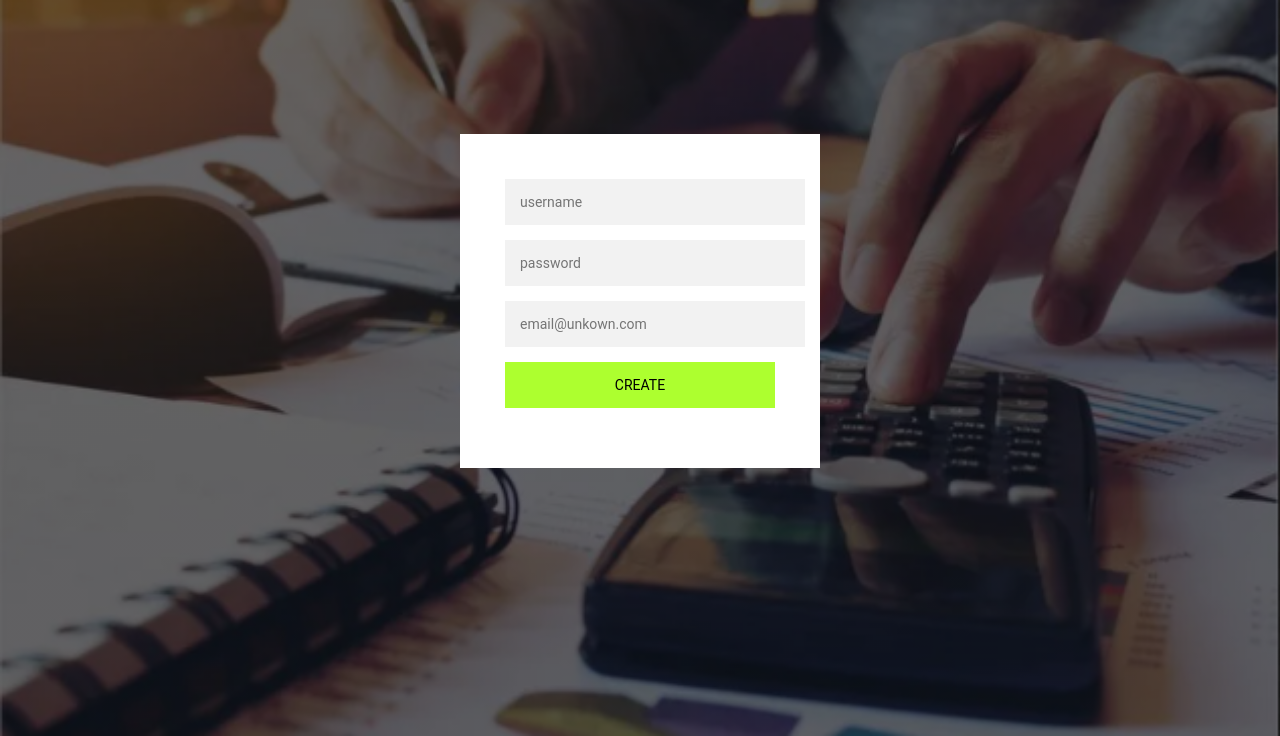
Repository: rambo1022/Project-1
Page: index.html
The author's editor kept a copy of each file at every save. The page is drawn from the files as they stood at one save, then again after the next save.
The browser window is 1280 px wide. The pictures show the whole page.

Above is the page before, as saved 2019-12-01 15:22:09.

### index.html
<!DOCTYPE html>
<html lang="en">
<head>
  <meta charset="UTF-8">
  <meta name="viewport" content="width=device-width, initial-scale=1.0">
  <meta http-equiv="X-UA-Compatible" content="ie=edge">
  <title>Prime Trade || Login/SignUp</title>
  <link rel="stylesheet" href="../Project-1/Sign-Up/signup.css">

</head>

<body>

  <div class="login-page">
  <div class="form">
    <form class="register-form">
    <input type="text" placeholder="username"/>
    <input type="text" placeholder="password"/>
    <input type="text" placeholder="email@unkown.com"/>
    <button>Create</button>

    </form>
  </div>
  </div>






</body>

</html>

### Sign-Up/signup.css
body {
    background-image: linear-gradient(rgba(0,0,0,0.6),rgba(0,0,0,0.6)),url(../Sign-Up/images/finance.png);
    height: 100vh;
    background-size: cover;
    background-position: center;


}

.login-page {
    width: 360px;
    padding: 10% 0 0;
    margin: auto;


}

.form {
    position: relative;
    z-index: 1;
    background: #ffffff;
    max-width: 360px;
    margin: 0 auto 100px;
    padding: 45px;
    text-align: center;

}

.form input {
    font-family: "Roboto", sans-serif;
    outline: 1;
    background: #f2f2f2;
    width: 100%;
    border: 0;
    margin: 0 0 15px;
    padding: 15px 15px;
    border-spacing: border-box;
    font-size: 14px;
}

.form button {
    font-family: "Roboto", sans-serif;
    text-transform: uppercase;
    outline: 0;
    background: greenyellow;
    width: 100%;
    border: 0;
    margin: 0 0 15px;
    padding: 15px 15px;
    border-spacing: border-box;
    font-size: 14px;
}

After the next save:
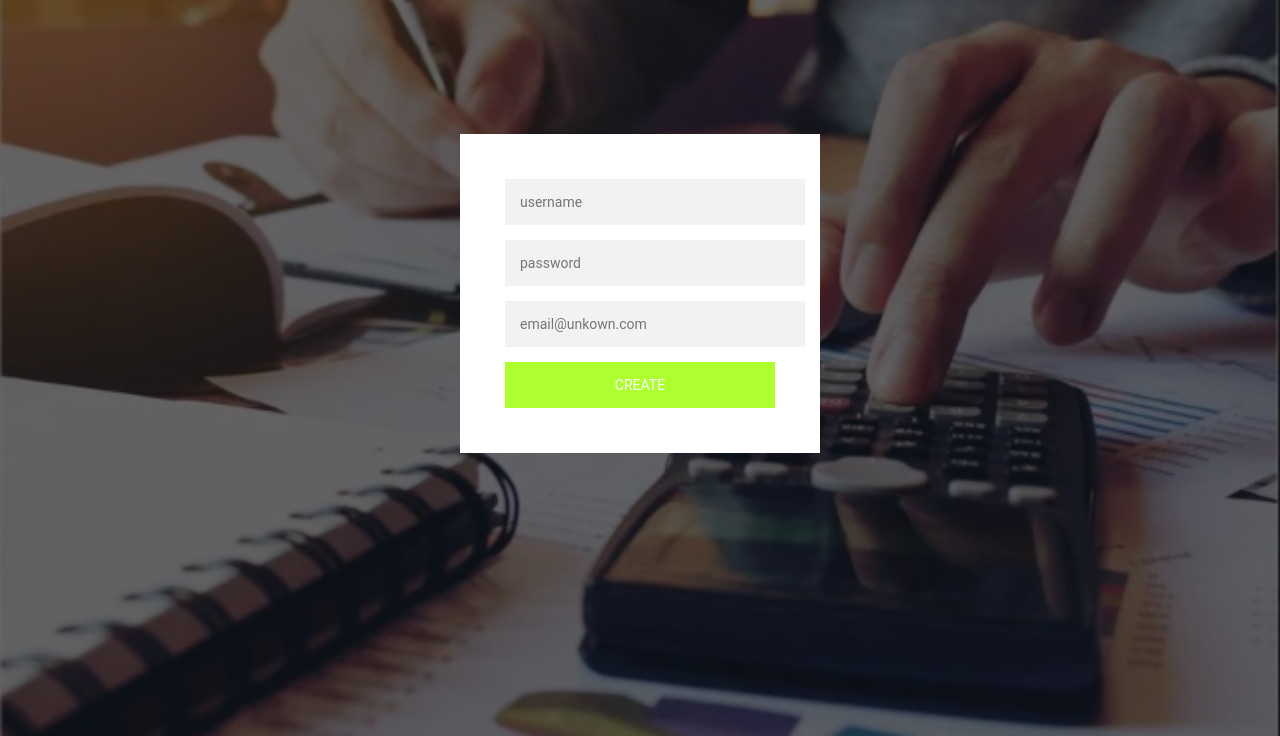
Saved 61 s later.
--- a/Sign-Up/signup.css
+++ b/Sign-Up/signup.css
@@ -45,8 +45,8 @@ body {
     background: greenyellow;
     width: 100%;
     border: 0;
-    margin: 0 0 15px;
     padding: 15px 15px;
+    color: #ffffff;
     border-spacing: border-box;
     font-size: 14px;
 }
